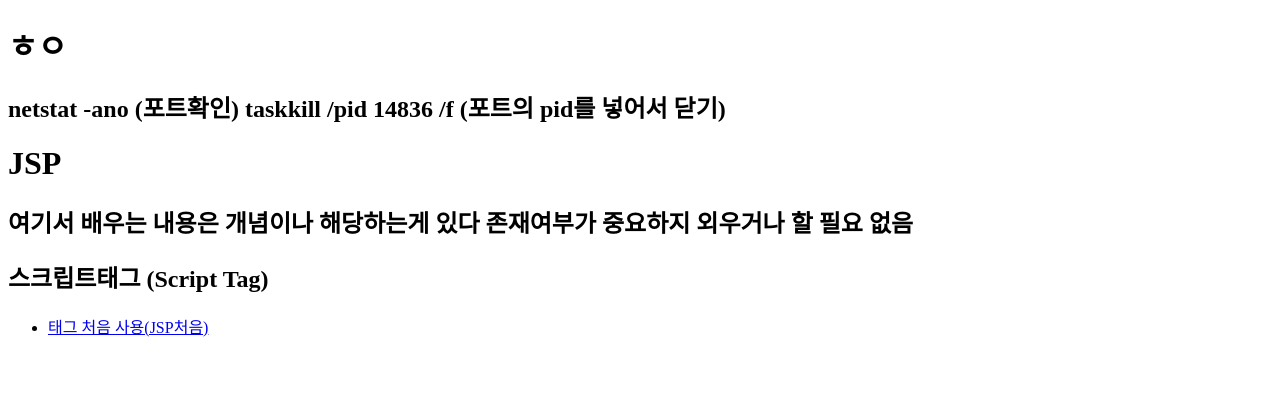
Repository: Kimgigon123123/JspServlet
Page: http://localhost/03.Tag/
The author's editor kept a copy of each file at every save. The page is drawn from the files as they stood at one save, then again after the next save.
The browser window is 1280 px wide. The pictures show the whole page.
The page is served by Tomcat 9. Other server files are loaded and not shown.

Above is the page before, as saved 2023-05-19 01:26:50.

### WorkSpace/03.Tag/src/main/webapp/index.html
<!DOCTYPE html>
<html>
<head>
<meta charset="UTF-8">
<title>Insert title here</title>
</head>
<body>
	 <h1>ㅎㅇ</h1>
	 <h2>netstat -ano (포트확인)
	taskkill /pid 14836 /f (포트의 pid를 넣어서 닫기)</h2>

	 <h1> JSP </h1>
	 <h2> 여기서 배우는 내용은 개념이나 해당하는게 있다 존재여부가 중요하지 외우거나 할 필요 없음</h2>
	 <h2> 스크립트태그 (Script Tag)</h2>

	 <ul>
	 	<li><a href="01.Script/Ex00into.jsp">태그 처음 사용(JSP처음)</a></li>
	 </ul>

</body>
</html>

After the next save:
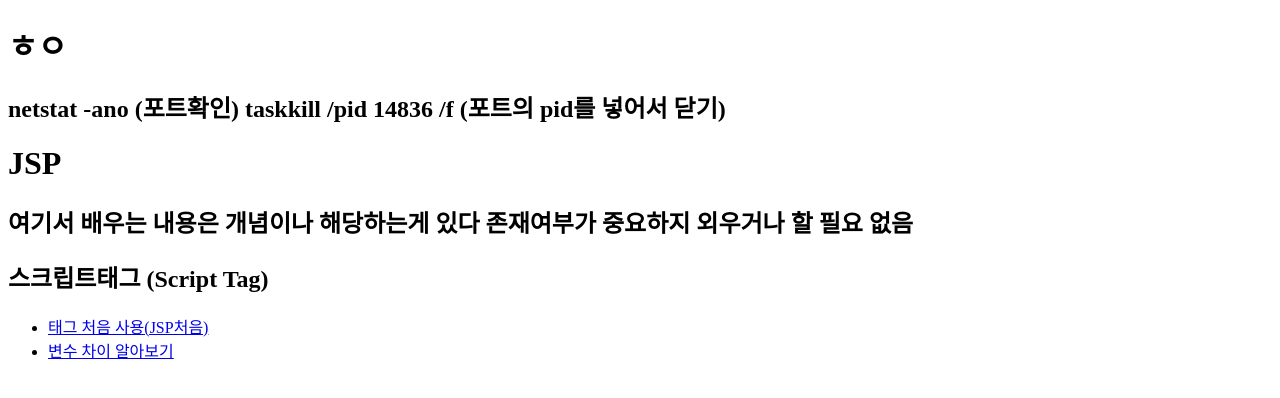
Saved 53 s later.
--- a/WorkSpace/03.Tag/src/main/webapp/index.html
+++ b/WorkSpace/03.Tag/src/main/webapp/index.html
@@ -15,6 +15,7 @@
 
 	 <ul>
 	 	<li><a href="01.Script/Ex00into.jsp">태그 처음 사용(JSP처음)</a></li>
+	 	<li><a href="01.Script/Ex01Var.jsp">변수 차이 알아보기</a></li>
 	 </ul>
 
 </body>
